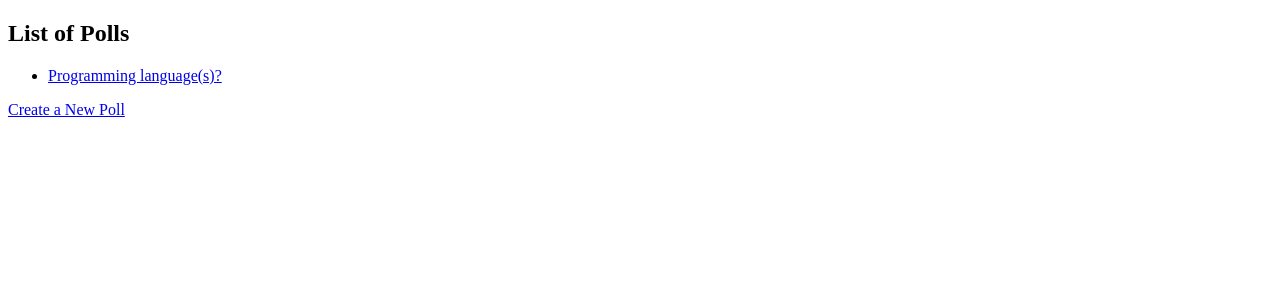
Repository: Thangtran1100/School-Stuff
Page: http://localhost/midtermPractice/ListPoll
These files come from the project's save history. The page is drawn as it stood at one moment and after the next save; the edit follows.
The browser window is 1280 px wide. The pictures show the whole page.
The page is served by Tomcat 9. Other server files are loaded and not shown.

Above is the page before, as saved 2023-04-04 00:19:14.

### Spring 2023/CS3220/Practice/midtermPractice/src/main/webapp/ListPoll.jsp
<%@ taglib prefix="c" uri="http://java.sun.com/jsp/jstl/core" %>
<%@page contentType="text/html" pageEncoding="UTF-8"%>
<!DOCTYPE html>
<html>
<head>
  <meta charset="UTF-8">
  <title>List of Polls</title>
</head>
<body>
  <h2>List of Polls</h2>
  <ul>
    <c:forEach items="${polls}" var="poll">
      <li>
        <a href="Poll?question=${poll.question}&answer=${poll.answers[0]}&answer=${poll.answers[1]}&answer=${poll.answers[2]}&multiple=false">
          ${poll.question}
        </a>
      </li>
    </c:forEach>
  </ul>
  <a href="CreatePoll.jsp">Create a New Poll</a>
</body>
</html>

### Spring 2023/CS3220/Practice/midtermPractice/src/main/java/midtermPractice/servlet/ListPoll.java
package midtermPractice.servlet;

import java.io.IOException;
import java.util.ArrayList;
import java.util.List;

import javax.servlet.ServletConfig;
import javax.servlet.ServletException;
import javax.servlet.annotation.WebServlet;
import javax.servlet.http.HttpServlet;
import javax.servlet.http.HttpServletRequest;
import javax.servlet.http.HttpServletResponse;

import model.PollEntry;

/**
 * Servlet implementation class ListPoll
 */
@WebServlet("/ListPoll")
public class ListPoll extends HttpServlet {
	private static final long serialVersionUID = 1L;

	public void init(ServletConfig config) throws ServletException {
		super.init(config);


		List<PollEntry> pollEntries = new ArrayList<PollEntry>();
		PollEntry pollEntry = new PollEntry();


		pollEntry.setQuestion(" Programming language(s)?");
		pollEntry.getAnswers().add("Java");
		pollEntry.getAnswers().add("Python");
		pollEntry.getAnswers().add("C/C++");
		pollEntries.add(pollEntry);
		getServletContext().setAttribute("polls", pollEntries);

	}

    /**
     * @see HttpServlet#HttpServlet()
     */
    public ListPoll() {
        super();
        // TODO Auto-generated constructor stub
    }

	/**
	 * @see HttpServlet#doGet(HttpServletRequest request, HttpServletResponse response)
	 */
	protected void doGet(HttpServletRequest request, HttpServletResponse response) throws ServletException, IOException {
		// TODO Auto-generated method stub
		request.getRequestDispatcher("ListPoll.jsp").forward(request, response);
	}

	/**
	 * @see HttpServlet#doPost(HttpServletRequest request, HttpServletResponse response)
	 */
	protected void doPost(HttpServletRequest request, HttpServletResponse response) throws ServletException, IOException {
		// TODO Auto-generated method stub
		doGet(request, response);
	}

}

### Spring 2023/CS3220/Practice/midtermPractice/src/main/java/model/PollEntry.java
package model;

import java.util.ArrayList;
import java.util.List;

public class PollEntry {


	static int idSeed = 1;

	private int id;
	private String question;

	private List<String> answers;

	private boolean singleChoice;

	public PollEntry() {
		id = idSeed++;
		answers = new ArrayList<String>();
	}


	public int getId() {
		return id;
	}


	public void setId(int id) {
		this.id = id;
	}


	public String getQuestion() {
		return question;
	}


	public void setQuestion(String question) {
		this.question = question;
	}


	public List<String> getAnswers() {
		return answers;
	}


	public void setAnswers(List<String> answers) {
		this.answers = answers;
	}


	public boolean isSingleChoice() {
		return singleChoice;
	}


	public void setSingleChoice(boolean singleChoice) {
		this.singleChoice = singleChoice;
	}

}

After the next save:
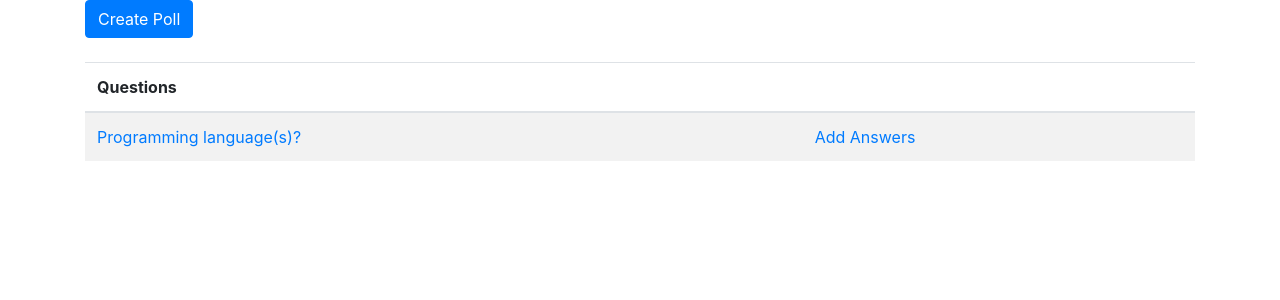
Saved 10 min 56 s later.
--- a/Spring 2023/CS3220/Practice/midtermPractice/src/main/webapp/ListPoll.jsp
+++ b/Spring 2023/CS3220/Practice/midtermPractice/src/main/webapp/ListPoll.jsp
@@ -1,22 +1,42 @@
-<%@ taglib prefix="c" uri="http://java.sun.com/jsp/jstl/core" %>
+<%@ taglib prefix="c" uri="http://java.sun.com/jsp/jstl/core"%>
 <%@page contentType="text/html" pageEncoding="UTF-8"%>
 <!DOCTYPE html>
 <html>
 <head>
-  <meta charset="UTF-8">
-  <title>List of Polls</title>
+<meta charset="UTF-8">
+<title>List of Polls</title>
+<link rel="stylesheet"
+	href="https://maxcdn.bootstrapcdn.com/bootstrap/4.0.0/css/bootstrap.min.css">
 </head>
 <body>
-  <h2>List of Polls</h2>
-  <ul>
-    <c:forEach items="${polls}" var="poll">
-      <li>
-        <a href="Poll?question=${poll.question}&answer=${poll.answers[0]}&answer=${poll.answers[1]}&answer=${poll.answers[2]}&multiple=false">
-          ${poll.question}
-        </a>
-      </li>
-    </c:forEach>
-  </ul>
-  <a href="CreatePoll.jsp">Create a New Poll</a>
+
+
+
+	<div class="container">
+
+
+		<a href="CreatePoll" class="btn btn-primary">Create Poll</a> <br>
+		<br>
+
+		<table class="table table-striped">
+			<thead>
+				<tr>
+					<th>Questions</th>
+					<th></th>
+				</tr>
+			</thead>
+
+			<tbody>
+				<c:forEach var="poll" items="${polls}">
+					<tr>
+						<td><a href="DisplayPoll?question=${poll.question}">
+								${poll.question} </a></td>
+						<td><a href="AddAnswer?questionId=${poll.getId()}">Add Answers</a></td>
+					</tr>
+				</c:forEach>
+			</tbody>
+		</table>
+
+	</div>
 </body>
 </html>
